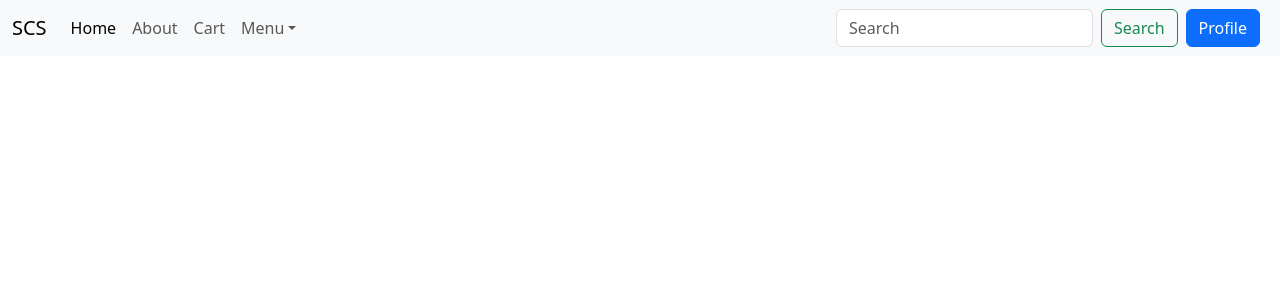
Repository: gitYash03/smart-canteen-system
Page: /
An editor plug-in stored every save of this project. The page is shown before and after the next save, followed by the edit.
The browser window is 1280 px wide. The pictures show the whole page.
The project was rebuilt for these pictures with package versions that can differ from the ones it lists, and the page was loaded fresh each time. Also part of the build but not shown: src/App.css.

Above is the page before, as saved 2023-08-09 12:54:43.

### public/index.html
<!DOCTYPE html>
<html lang="en">
  <head>
    <meta charset="utf-8" />
    <link rel="icon" href="%PUBLIC_URL%/favicon.ico" />
    <meta name="viewport" content="width=device-width, initial-scale=1" />
    <meta name="theme-color" content="#000000" />
    <meta
      name="description"
      content="Web site created using create-react-app"
    />
    <link rel="apple-touch-icon" href="%PUBLIC_URL%/logo192.png" />
    <!--
      manifest.json provides metadata used when your web app is installed on a
      user's mobile device or desktop. See https://developers.google.com/web/fundamentals/web-app-manifest/
    -->
    <link rel="manifest" href="%PUBLIC_URL%/manifest.json" />
    <!--
      Notice the use of %PUBLIC_URL% in the tags above.
      It will be replaced with the URL of the `public` folder during the build.
      Only files inside the `public` folder can be referenced from the HTML.

      Unlike "/favicon.ico" or "favicon.ico", "%PUBLIC_URL%/favicon.ico" will
      work correctly both with client-side routing and a non-root public URL.
      Learn how to configure a non-root public URL by running `npm run build`.
    -->
    <title>React App</title>
    <link href="https://cdn.jsdelivr.net/npm/bootstrap@5.3.1/dist/css/bootstrap.min.css" rel="stylesheet" integrity="sha384-4bw+/aepP/YC94hEpVNVgiZdgIC5+VKNBQNGCHeKRQN+PtmoHDEXuppvnDJzQIu9" crossorigin="anonymous">
   </head>
  <script src="https://cdn.jsdelivr.net/npm/bootstrap@5.3.1/dist/js/bootstrap.bundle.min.js" integrity="sha384-HwwvtgBNo3bZJJLYd8oVXjrBZt8cqVSpeBNS5n7C8IVInixGAoxmnlMuBnhbgrkm" crossorigin="anonymous"></script>
  <body>
    <noscript>You need to enable JavaScript to run this app.</noscript>
    <div id="root"></div>
    <!--
      This HTML file is a template.
      If you open it directly in the browser, you will see an empty page.

      You can add webfonts, meta tags, or analytics to this file.
      The build step will place the bundled scripts into the <body> tag.

      To begin the development, run `npm start` or `yarn start`.
      To create a production bundle, use `npm run build` or `yarn build`.
    -->
  </body>
</html>

### src/App.js
import './App.css';
import Navbar from './Components/Navbar';

function App() {
  return (
    <>
    <Navbar></Navbar>

    </>
  );
}

export default App;

### src/Components/Navbar.js
import React from 'react'

export default function Navbar() {
  return (
    <>
    <nav className="navbar navbar-expand-lg navbar-light bg-light ">
        <div className="container-fluid">
            <a className="navbar-brand" href="/">SCS</a>
            <button className="navbar-toggler" type="button" data-bs-toggle="collapse" data-bs-target="/navbarSupportedContent" aria-controls="navbarSupportedContent" aria-expanded="false" aria-label="Toggle navigation">
            <span className="navbar-toggler-icon"></span>
            </button>
            <div className="collapse navbar-collapse" id="navbarSupportedContent">
            <ul className="navbar-nav me-auto mb-2 mb-lg-0">
                <li className="nav-item">
                <a className="nav-link active" aria-current="page" href="/">Home</a>
                </li>
                <li className="nav-item">
                <a className="nav-link" href="/">About</a>
                </li>
                <li className="nav-item">
                <a className="nav-link" href="/">Cart</a>
                </li>
                <li className="nav-item dropdown">
                <a className="nav-link dropdown-toggle" href="/" role="button" data-bs-toggle="dropdown" aria-expanded="false">
                    Menu
                </a>
                <ul className="dropdown-menu">
                    <li><a className="dropdown-item" href="/">Action</a></li>
                    <li><a className="dropdown-item" href="/">Another action</a></li>
                    <li><a className="dropdown-item" href="/">Something else here</a></li>
                </ul>
                </li>
            </ul>
            <form className="d-flex" role="search">
                <input className="form-control me-2" type="search" placeholder="Search" aria-label="Search"/>
                <button className="btn btn-outline-success" type="submit">Search</button>
            </form>
            <button type="button" className="btn btn-primary position-relative  mx-2">
            Profile
            </button>
            </div>
        </div>
    </nav>
    </>
  )
}

Loaded but not shown: src/index.js (common file); src/reportWebVitals.js (common file); src/index.css (no stored copy; drawn as an empty file)

After the next save:
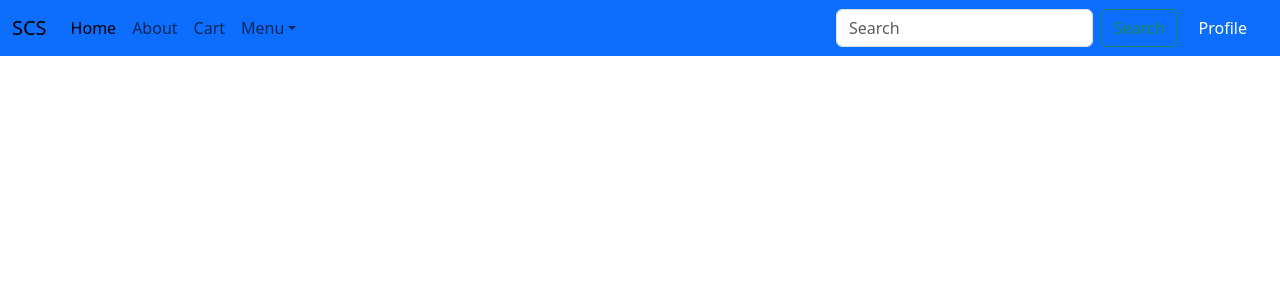
Saved 14 s later.
--- a/src/Components/Navbar.js
+++ b/src/Components/Navbar.js
@@ -3,7 +3,7 @@
 export default function Navbar() {
   return (
     <>
-    <nav className="navbar navbar-expand-lg navbar-light bg-light ">
+    <nav className="navbar navbar-expand-lg navbar-porimary bg-primary ">
         <div className="container-fluid">
             <a className="navbar-brand" href="/">SCS</a>
             <button className="navbar-toggler" type="button" data-bs-toggle="collapse" data-bs-target="/navbarSupportedContent" aria-controls="navbarSupportedContent" aria-expanded="false" aria-label="Toggle navigation">
